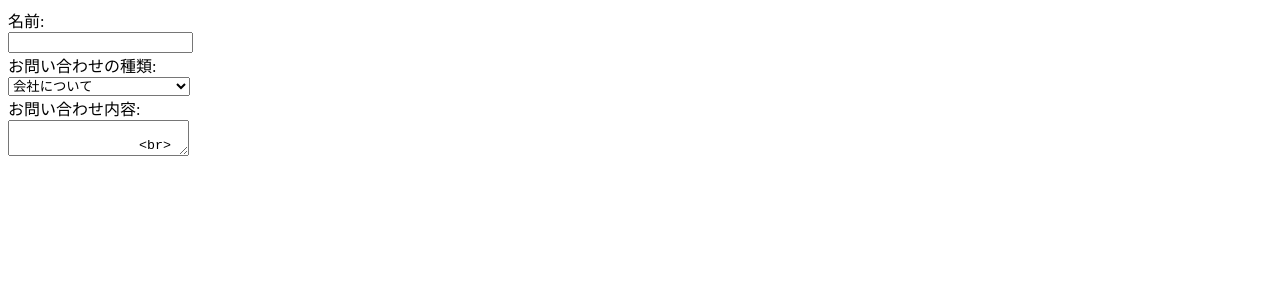
Repository: tatsuya-0/test
Page: http://localhost/HelloServlet/inquiry.jsp
The author's editor kept a copy of each file at every save. The page is drawn from the files as they stood at one save, then again after the next save.
The browser window is 1280 px wide. The pictures show the whole page.
The page is served by Tomcat 9.

Above is the page before, as saved 2018-03-01 07:55:53.

After the next save:
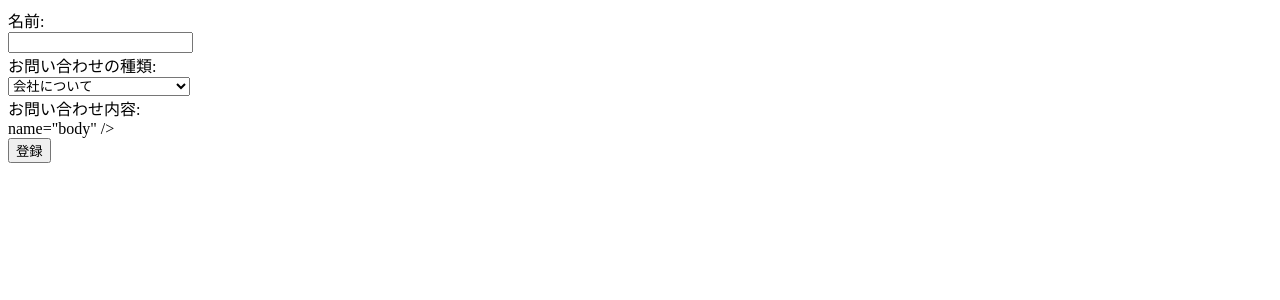
Saved 2 min 0 s later.
--- a/HelloServlet/WebContent/inquiry.jsp
+++ b/HelloServlet/WebContent/inquiry.jsp
@@ -15,7 +15,7 @@
 			<option value="product">製品について</option>
 			<option value="support">アフターサポートについて</option>
 		</select><br>お問い合わせ内容:<br>
-		<textarea name="body" />
+		</textarea> name="body" />
 
 		<br> <input type="submit" value="登録">
 	</form>
